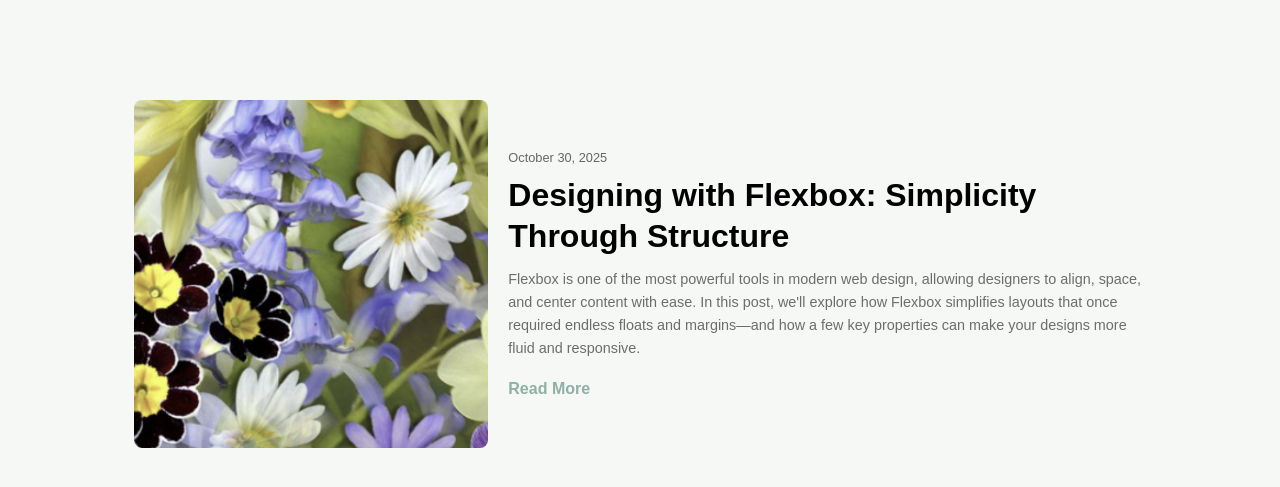
Repository: Brittany-Westlund/WebDesign
Page: Assignment4/flexbox.html
An editor plug-in stored every save of this project. The page is shown before and after the next save, followed by the edit.
The browser window is 1280 px wide. The pictures show the whole page.

Above is the page before, as saved 2025-10-30 18:07:14.

### Assignment4/flexbox.html
<!DOCTYPE html>
<html lang="en">
<head>
    <meta charset="UTF-8">
    <title>Flexbox Layout</title>
    <link rel="stylesheet" href="style/style.css">
</head>

<body>

<div class="blog-preview">

    <img src="images/wildflowers-square.png" alt="A closeup of wildflowers.">

    <div class="blog-text">
        <p class="date">October 30, 2025</p>

        <h2 class="post-title">Designing with Flexbox: Simplicity Through Structure</h2>

        <p class="post-preview">
        Flexbox is one of the most powerful tools in modern web design, allowing designers to align, space, and center content
        with ease. In this post, we'll explore how Flexbox simplifies layouts that once required endless floats and margins—and
        how a few key properties can make your designs more fluid and responsive.
        </p>

        <a href="blog-post.html" class="read-more">Read More</a>
    </div>
</div>










</body>
</html>

### Assignment4/style/style.css
body {
  background-color: #f5f8f4; /* a light sage-green tone */
}

.blog-preview {
  display: flex; /* activates Flexbox */
  flex-direction: row; /* aligns items in a row (default, but explicit is good) */
  align-items: center; /* vertically centers items within the row */
  gap: 20px; /* adds space between items */

  max-width: 80%; /* controls total width of the content block */
  margin: 80px auto; /* centers on page with top/bottom space */
  padding: 20px 40px; /* adds subtle inner space from edges */
}

.blog-preview img {
  width: 35%;      /* image takes up 45% of the total width of .blog-preview */
  height: auto;    /* keeps proportions correct */
  border-radius: 8px; /* optional, softens corners */
}


.blog-text {
  display: flex;
  flex-direction: column; /* stacks each text element vertically */
  gap: 10px; /* adds consistent space between elements */
}


.date {
  font-family: Arial, Helvetica, sans-serif;
  font-size: 0.8rem;
  color: #666;
  margin: 0;
}

.post-title {
  font-family: Arial, Helvetica, sans-serif;
  font-size: 2rem;
  font-weight: 600;
  line-height: 1.3;
  margin: 0;
}

.post-preview {
  font-family: Arial, Helvetica, sans-serif;
  font-size: 0.9rem;
  color: #6d6d6d;
  line-height: 1.6;
  margin: 0;
}

.read-more {
  font-family: Arial, Helvetica, sans-serif;
  text-decoration: none;
  font-weight: bold;
  color: #8fafa7;
  margin-top: 10px;
}

After the next save:
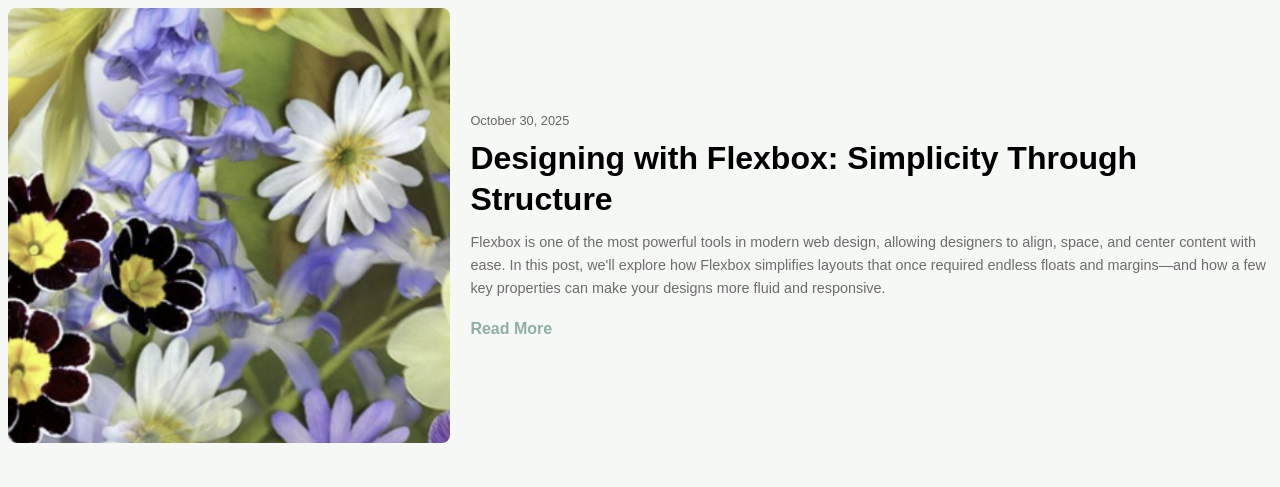
Saved 3 min 1 s later.
--- a/Assignment4/style/style.css
+++ b/Assignment4/style/style.css
@@ -8,9 +8,7 @@
   align-items: center; /* vertically centers items within the row */
   gap: 20px; /* adds space between items */
 
-  max-width: 80%; /* controls total width of the content block */
-  margin: 80px auto; /* centers on page with top/bottom space */
-  padding: 20px 40px; /* adds subtle inner space from edges */
+
 }
 
 .blog-preview img {

After the save that followed:
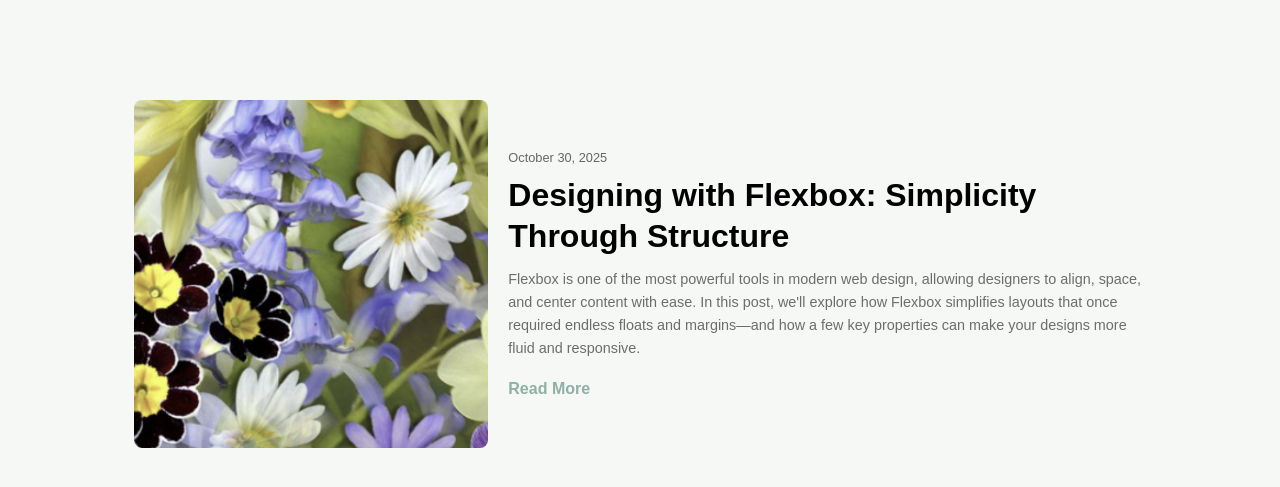
Saved 101 s later.
--- a/Assignment4/style/style.css
+++ b/Assignment4/style/style.css
@@ -8,7 +8,9 @@
   align-items: center; /* vertically centers items within the row */
   gap: 20px; /* adds space between items */
 
-
+  max-width: 80%; /* controls total width of the content block */
+  margin: 80px auto; /* centers on page with top/bottom space */
+  padding: 20px 40px; /* adds subtle inner space from edges */
 }
 
 .blog-preview img {
